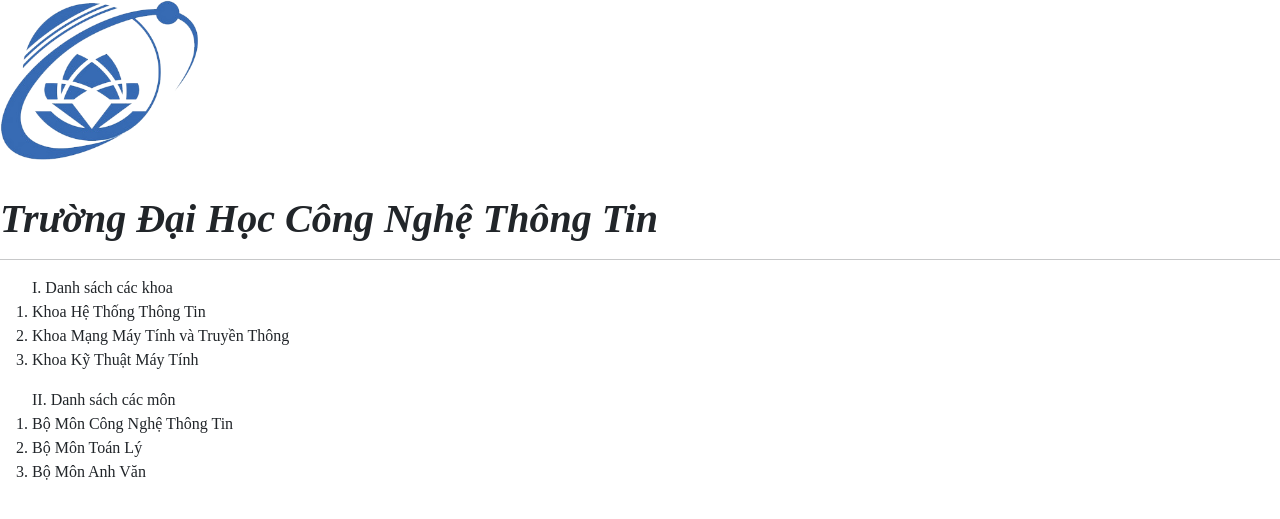
Repository: hoapham2k2/bai_tap_thuc_hanh_is207.n12
Page: index.html
These files come from the project's save history. The page is drawn as it stood at one moment and after the next save; the edit follows.
The browser window is 1280 px wide. The pictures show the whole page.

Above is the page before, as saved 2022-09-19 08:58:25.

### index.html
<!DOCTYPE html>
<html lang="en">

<head>
    <meta charset="UTF-8">
    <meta http-equiv="X-UA-Compatible" content="IE=edge">
    <meta name="viewport" content="width=device-width, initial-scale=1.0">
    <!-- Latest compiled and minified CSS -->
    <link href="https://cdn.jsdelivr.net/npm/bootstrap@5.2.1/dist/css/bootstrap.min.css" rel="stylesheet">

    <!-- Latest compiled JavaScript -->
    <script src="https://cdn.jsdelivr.net/npm/bootstrap@5.2.1/dist/js/bootstrap.bundle.min.js"></script>

    <title>Document</title>

    <style>
        *,
        *::before,
        *::after {
            box-sizing: border-box;
        }

        * {
            margin: 0;
            padding: 0;
            font: inherit;
        }

        body {
            line-height: 1.5;
        }

        img,
        picture,
        video,
        canvas,
        svg {
            display: block;
            max-width: 100%;
        }

        input,
        button,
        textarea,
        select {
            outline: none;
        }

        p,
        h1,
        h2,
        h3,
        h4,
        h5,
        h6 {
            overflow-wrap: break-word;
        }

        * {
            font-family: 'Times New Roman', Times, serif;
        }

        .wrapper {}

        .wrapper_header {}

        .wrapper_header_logo {}

        .wrapper_header_title {
            margin-top: 30px;
            font-style: italic;
            font-weight: 600;
        }

        .wrapper_body {}

        .wrapper_list_1st {
            list-style-type: decimal;
        }

        .wrapper_item {}

        .wrapper_list_2st {
            list-style-type: decimal;

        }
    </style>
</head>

<body>

    <div class="wrapper">
        <div class="wrapper_header">
            <div class="wrapper_header_logo">
                <img src="./assets/img/logo-uit.png" alt="anh_logo_uit" width="200px">
            </div>
            <h1 class="wrapper_header_title">Trường Đại Học Công Nghệ Thông Tin</h1>
        </div>
        <hr>
        <div class="wrapper_body">
            <ul class="wrapper_list_1st">I. Danh sách các khoa
                <li class="wrapper_item">Khoa Hệ Thống Thông Tin</li>
                <li class="wrapper_item">Khoa Mạng Máy Tính và Truyền Thông</li>
                <li class="wrapper_item">Khoa Kỹ Thuật Máy Tính</li>
            </ul>
            <ul class="wrapper_list_2st">II. Danh sách các môn
                <li class="wrapper_item">Bộ Môn Công Nghệ Thông Tin</li>
                <li class="wrapper_item">Bộ Môn Toán Lý</li>
                <li class="wrapper_item">Bộ Môn Anh Văn</li>
            </ul>
        </div>
</body>

</html>

After the next save:
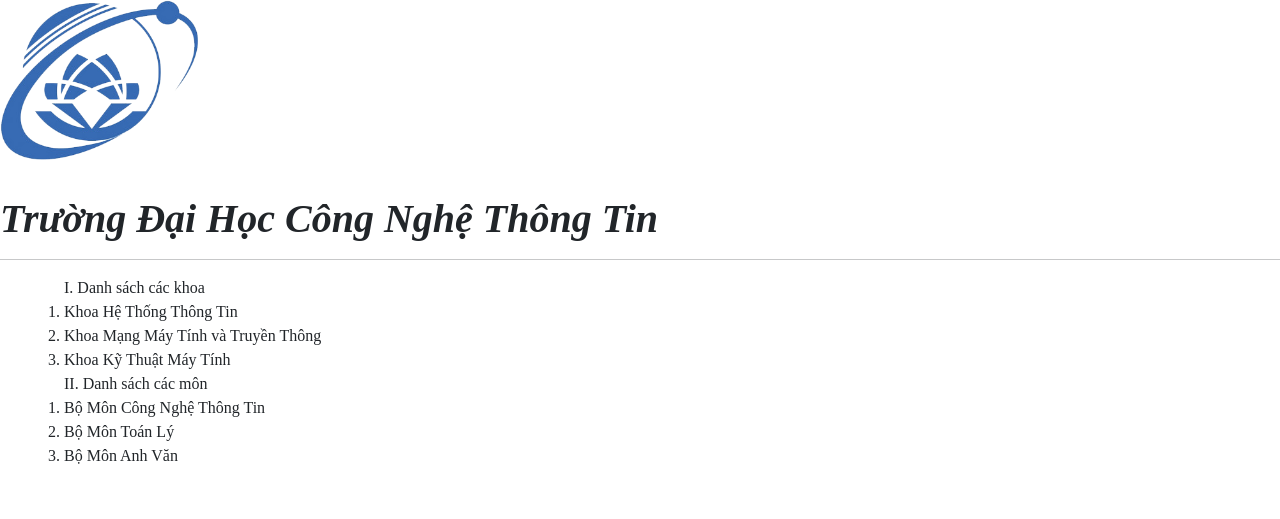
Saved 62 s later.
--- a/index.html
+++ b/index.html
@@ -98,15 +98,17 @@
         </div>
         <hr>
         <div class="wrapper_body">
-            <ul class="wrapper_list_1st">I. Danh sách các khoa
-                <li class="wrapper_item">Khoa Hệ Thống Thông Tin</li>
-                <li class="wrapper_item">Khoa Mạng Máy Tính và Truyền Thông</li>
-                <li class="wrapper_item">Khoa Kỹ Thuật Máy Tính</li>
-            </ul>
-            <ul class="wrapper_list_2st">II. Danh sách các môn
-                <li class="wrapper_item">Bộ Môn Công Nghệ Thông Tin</li>
-                <li class="wrapper_item">Bộ Môn Toán Lý</li>
-                <li class="wrapper_item">Bộ Môn Anh Văn</li>
+            <ul class="wrapper_list">
+                <ul class="wrapper_list_1st">I. Danh sách các khoa
+                    <li class="wrapper_item">Khoa Hệ Thống Thông Tin</li>
+                    <li class="wrapper_item">Khoa Mạng Máy Tính và Truyền Thông</li>
+                    <li class="wrapper_item">Khoa Kỹ Thuật Máy Tính</li>
+                </ul>
+                <ul class="wrapper_list_2st">II. Danh sách các môn
+                    <li class="wrapper_item">Bộ Môn Công Nghệ Thông Tin</li>
+                    <li class="wrapper_item">Bộ Môn Toán Lý</li>
+                    <li class="wrapper_item">Bộ Môn Anh Văn</li>
+                </ul>
             </ul>
         </div>
 </body>
